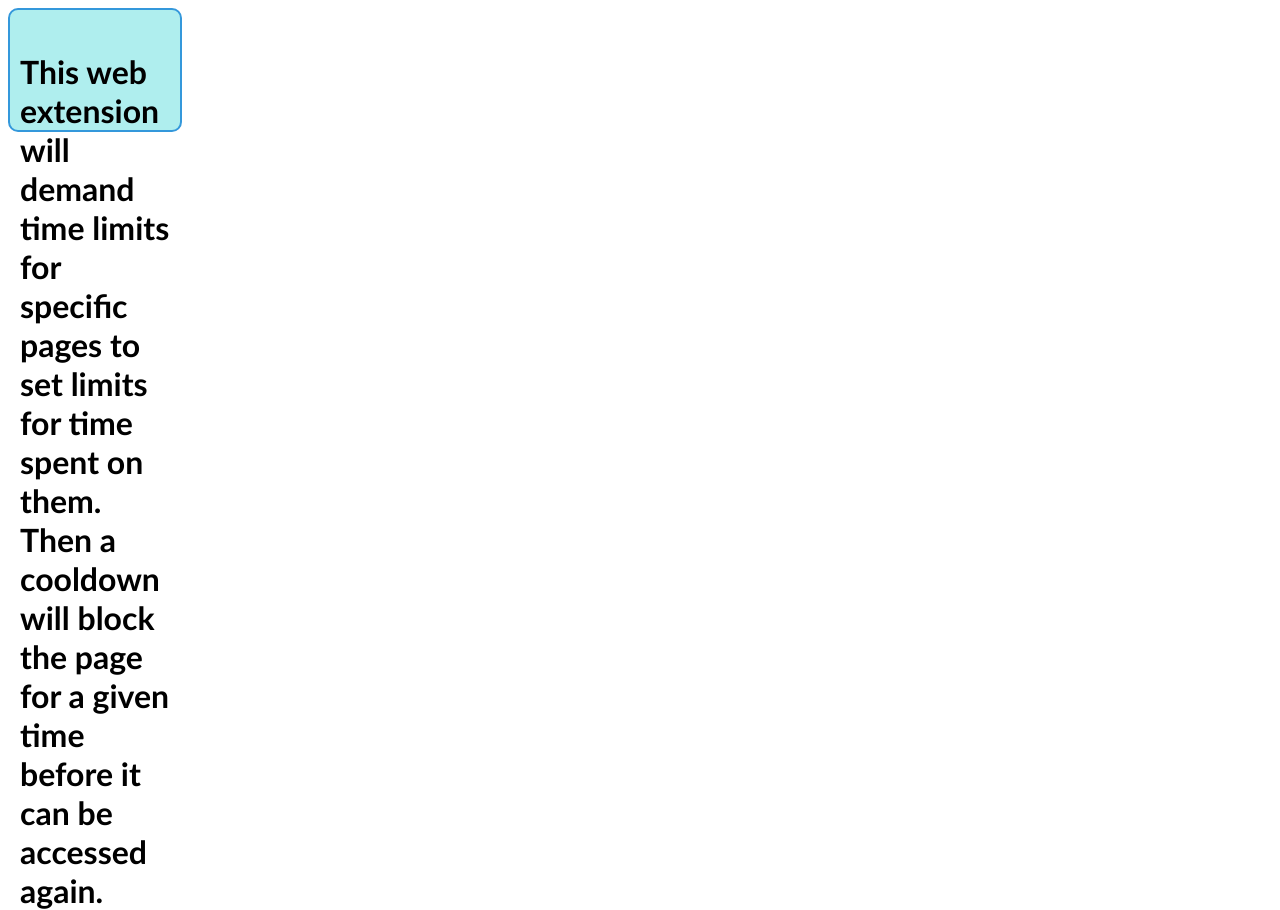
Repository: AndrlmMass/Time-management-chrome-extension
Page: popup.html
An editor plug-in stored every save of this project. The page is shown before and after the next save, followed by the edit.
The browser window is 1280 px wide. The pictures show the whole page.

Above is the page before, as saved 2023-08-22 15:20:27.

### popup.html
<!DOCTYPE html>
<html>
<head>
  <title>Popup</title>
  <link rel="stylesheet" type="text/css" href="styles.css">
</head>
<body>
  <div id="popup-container">
    <h1 class=""bold-text></p>
    <p> This web extension will demand time limits for specific pages to set limits for time spent on them. Then a cooldown will block the page for a given time before it can be accessed again.</p>
  </div>
  <script src="popup.js"></script>
</body>
</html>

### styles.css
@font-face {
  font-family: 'CustomFont';
  src: url('path/to/font.woff2') format('woff2'),
       url('path/to/font.woff') format('woff');
}

body {
  font-family: 'Calibri', sans-serif;
}

#popup-container {
    padding: 10px; /* Add padding to create space between text and border */
    margin: 0; /* Reset margin */
    width: 300px; /* Set a fixed width for the popup container */
    background-color: #afeeee; /* Background color */
    border: 2px solid #3498db; /* Border color and thickness */
    border-radius: 10px; /* Rounded corners */
  }

.bold-text {
font-weight: bold; /* Apply bold style to this class */
}

### popup.js
document.addEventListener('DOMContentLoaded', function() {
  // Get the popup's main container element
  const popupContainer = document.getElementById('popup-container');

  // Set custom width and height
  popupContainer.style.width = '150px';    // Adjust width as needed
  popupContainer.style.height = '100px';   // Adjust height as needed
});

After the next save:
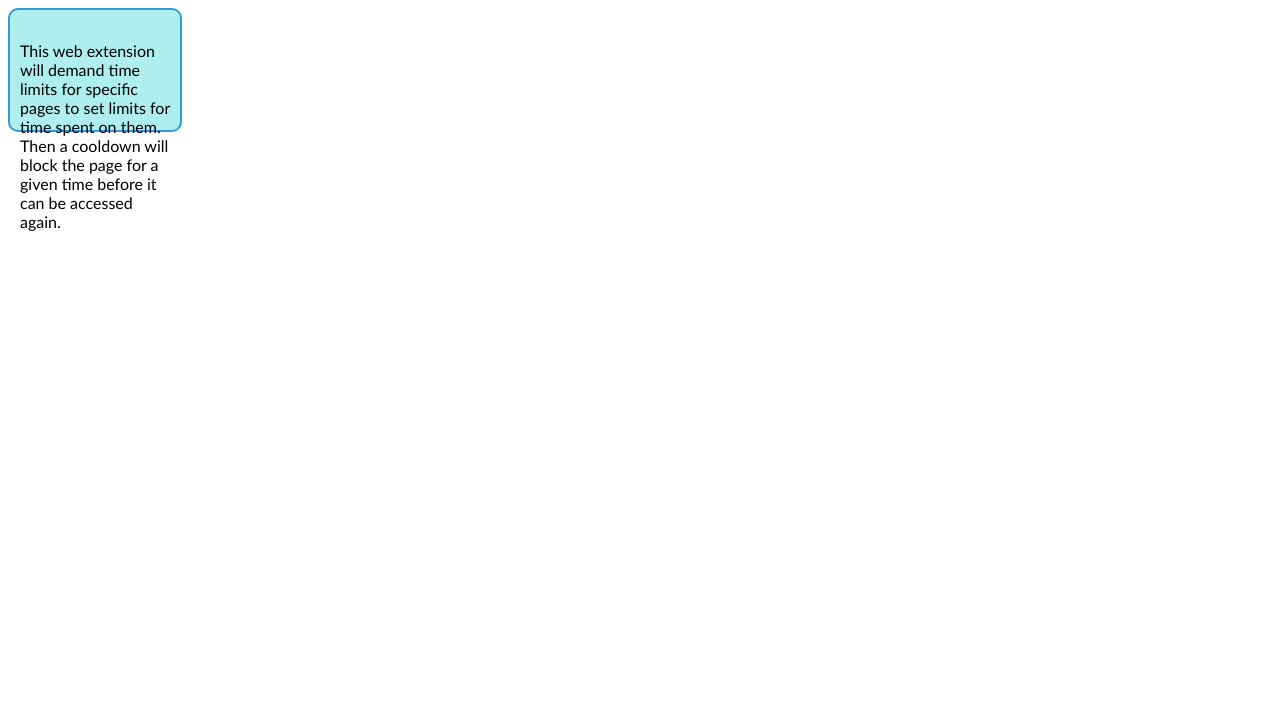
Saved 4 s later.
--- a/popup.html
+++ b/popup.html
@@ -6,7 +6,7 @@
 </head>
 <body>
   <div id="popup-container">
-    <h1 class=""bold-text></p>
+    <h1 class=""bold-text></h1>
     <p> This web extension will demand time limits for specific pages to set limits for time spent on them. Then a cooldown will block the page for a given time before it can be accessed again.</p>
   </div>
   <script src="popup.js"></script>
